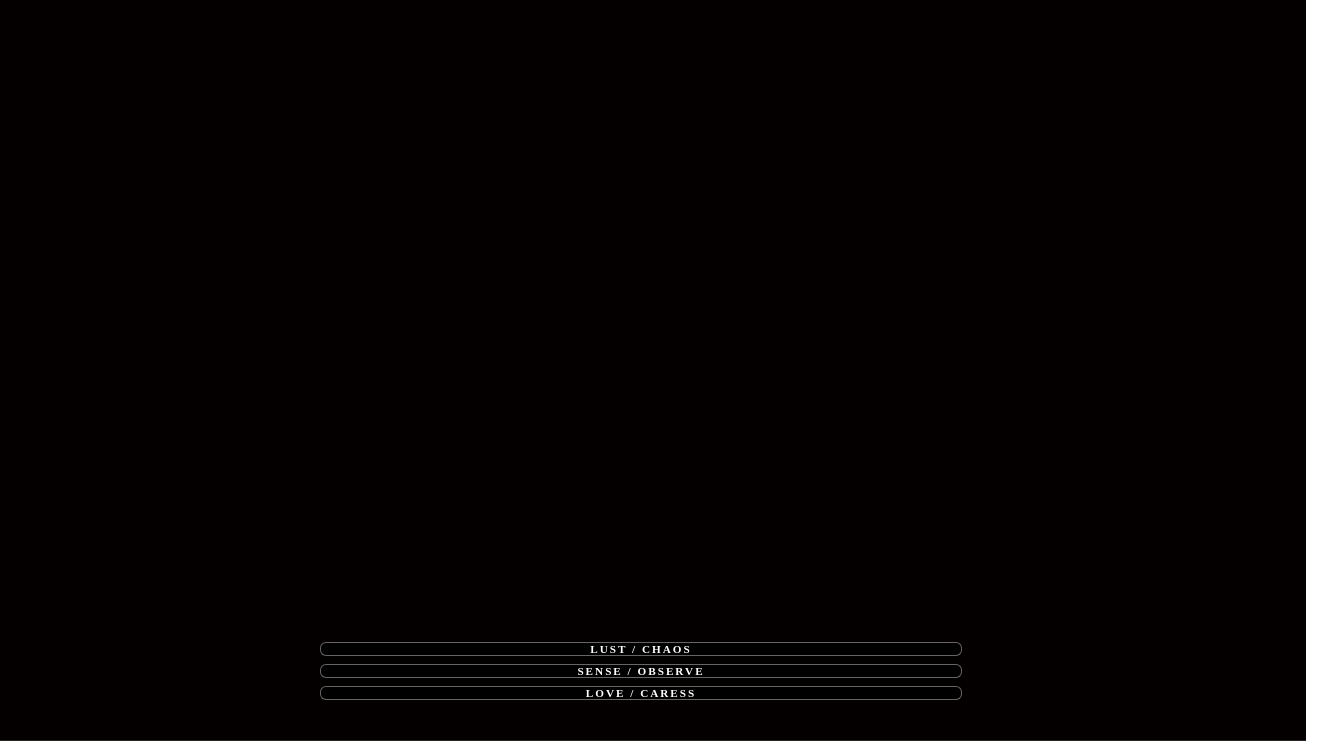
Repository: chatgdpkuesuto-sys/quest-rpg
Page: 00_Dashboard/index.html
An editor plug-in stored every save of this project. The page is shown before and after the next save, followed by the edit.
The browser window is 1280 px wide. The page is 1306 px wide, then 1338 px, so the pictures cover 1338 px, including what lies to the right of the window. The pictures show the whole page.

Above is the page before, as saved 2026-02-20 08:30:56.

### 00_Dashboard/index.html
<!DOCTYPE html>
<html lang="ja">

<head>
    <meta charset="UTF-8">
    <meta name="viewport" content="width=device-width, initial-scale=1.0">
    <title>Machadun Dashboard (OBS Overlay)</title>
    <link rel="stylesheet" href="style.css">
</head>

<body>
    <!-- 🌟 NEW: 魚眼レンズ（球面）フィルター定義 🌟 -->
    <svg style="position: fixed; width: 0; height: 0;">
        <filter id="fisheye-filter">
            <feTurbulence type="fractalNoise" baseFrequency="0.01" numOctaves="1" result="noise" />
            <feDisplacementMap in="SourceGraphic" in2="noise" scale="0" xChannelSelector="R" yChannelSelector="G"
                id="fisheye-map" />
            <!-- 球面歪みをシンプルに再現するために matrix と scale を組み合わせる（後ほどJSで制御） -->
        </filter>
    </svg>

    <!-- 背景CG用コンテナ (engine.js で background-image を動的に制御) -->
    <div id="bg-container"></div>

    <!-- 狂気・発情エフェクト用オーバーレイ -->
    <div id="blood-overlay"></div>
    <div id="glitch-overlay"></div>

    <!-- Zundamon Voice Player -->
    <audio id="voice-player" src="outputs/voice.wav" preload="none"></audio>
    <!-- Sound Effects Player -->
    <audio id="se-player" preload="none"></audio>

    <!-- 🌟 NEW: 三連・蓄積ゲージ（三つの発展） 🌟 -->
    <div id="buildup-container">
        <!-- 嗜虐：右クリック -->
        <div class="buildup-bar">
            <div id="fill-lust" class="buildup-fill lust"></div><span class="gauge-label">LUST / CHAOS</span>
        </div>
        <!-- 管理：中クリック -->
        <div class="buildup-bar">
            <div id="fill-special" class="buildup-fill special"></div><span class="gauge-label">SENSE / OBSERVE</span>
        </div>
        <!-- 慈愛：左クリック -->
        <div class="buildup-bar">
            <div id="fill-love" class="buildup-fill love"></div><span class="gauge-label">LOVE / CARESS</span>
        </div>
    </div>

    <!-- 🌟 NEW: クライマックス発動ボタン（手動） 🌟 -->
    <button id="climax-trigger" onclick="triggerClimax()">CLIMAX!!</button>

    <!-- 🌟 NEW: マンガ風 吹き出しコンテナ 🌟 -->
    <div id="bubble-container"></div>

    <script>
        async function sendAction(actionName, x = 0, y = 0) {
            console.log(`Action Sent: ${actionName} at (${x}%, ${y}%)`);

            // 視覚的フィードバック（クリック時）
            document.body.style.animation = "shake 0.1s";
            setTimeout(() => document.body.style.animation = "none", 100);

            try {
                // URLパラメータにタイムスタンプをつけてキャッシュを完全に無効化する
                await fetch(`http://localhost:5000/action?t=${Date.now()}`, {
                    method: 'POST',
                    headers: {
                        'Content-Type': 'application/json',
                        'Cache-Control': 'no-cache'
                    },
                    body: JSON.stringify({
                        action: actionName,
                        x: x,
                        y: y,
                        time: Date.now()
                    })
                });
            } catch (e) {
                console.error("Failed to send action:", e);
            }
        }

        // 🌟 NEW: クリックエフェクト（視覚的ギミック）
        function createClickEffect(x, y, type = 'heart') {
            const effect = document.createElement('div');
            effect.className = 'click-effect';
            effect.style.left = x + '%';
            effect.style.top = y + '%';

            // タイプによってアイコンを変える
            if (type === 'heart') effect.innerHTML = '❤️';
            else if (type === 'blue-sparkle') effect.innerHTML = '✨';
            else effect.innerHTML = '🔥';

            document.body.appendChild(effect);

            // 効果音の再生（ある場合）
            const se = document.getElementById('se-player');
            se.src = 'sounds/hit.mp3';
            se.play().catch(e => console.log("SE Play blocked"));

            setTimeout(() => effect.remove(), 800);
        }

        // 🌟 NEW: フルスクリーン・マウスクリック制御 (座標取得版) 🌟
        document.addEventListener('contextmenu', event => event.preventDefault());

        // 🌟 NEW: 三連・蓄積ゲージの状態管理
        let gauges = {
            love: 0,
            lust: 0,
            special: 0
        };

        // 🌟 NEW: 円運動・魚眼の状態管理
        let time = 0;
        let mirrorScale = 1; // 1 or -1 for instant flip
        let pendingClimax = null; // 蓄積されたコマンドを一時保持

        function triggerClimax() {
            if (!pendingClimax) return;

            console.log("🚀 TRIGGERING MANUAL CLIMAX!");

            // 🌟 イラスト切り替え時にランダムで左右反転 (50% chance)
            mirrorScale = Math.random() > 0.5 ? 1 : -1;

            // 1. AIへ送信
            sendAction(pendingClimax.action, pendingClimax.x, pendingClimax.y);

            // 2. 立ち絵切り替え
            if (typeof cycleVariant === "function") cycleVariant();

            // 3. UIリセット
            const btn = document.getElementById('climax-trigger');
            btn.style.display = 'none';
            for (let k in gauges) gauges[k] = 0;
            document.querySelectorAll('.buildup-fill').forEach(el => el.style.width = '0%');

            pendingClimax = null;
        }

        function updateVisuals() {
            // ゲージの平均値を計算（0.0 ~ 1.0）
            const avgGauge = (gauges.love + gauges.lust + gauges.special) / 300;

            // 速度アップ（蓄積量に応じて呼吸が激しくなるイメージ）
            const speed = 0.02 + (avgGauge * 0.1);
            time += speed;

            const bg = document.getElementById('bg-container');

            // 1. 自然な浮遊・呼吸運動 (Physical sway)
            const radius = 5 + (avgGauge * 40); // 最大45px
            const x = Math.sin(time * 0.8) * (radius / 2);
            const y = Math.cos(time * 1.1) * radius;

            // 2. 呼吸によるスケール変化 (Breathing)
            const scale = 1.05 + (avgGauge * 0.1) + (Math.sin(time) * 0.02);

            // 全てを統合して適用（歪みなしのクリアな動き）
            bg.style.transform = `
                scaleX(${mirrorScale})
                translate(${x}px, ${y}px)
                scale(${scale})
            `;

            requestAnimationFrame(updateVisuals);
        }
        updateVisuals();

        // 🌟 ゲージの自動減少（Decay）ロジック
        setInterval(() => {
            for (let key in gauges) {
                if (gauges[key] > 0) {
                    gauges[key] -= 0.3; // ゆっくり戻る（秒間約3%減少）
                    if (gauges[key] < 0) gauges[key] = 0;
                    const fill = document.getElementById(`fill-${key}`);
                    if (fill) fill.style.width = gauges[key] + '%';
                }
            }
        }, 100);

        document.addEventListener('mousedown', (event) => {
            if (event.target.id === 'init-audio') return;

            const xPercent = Math.round((event.clientX / window.innerWidth) * 100);
            const yPercent = Math.round((event.clientY / window.innerHeight) * 100);

            let clickType = 'heart';
            let gaugeKey = 'love';
            let actionIntent = "左クリック（肯定／愛撫）";

            if (event.button === 2) {
                clickType = 'fire';
                gaugeKey = 'lust';
                actionIntent = "右クリック（嗜虐／ハプニング）";
            } else if (event.button === 1) {
                clickType = 'blue-sparkle';
                gaugeKey = 'special';
                actionIntent = "ホイールクリック（特殊行動／観察）";
            }

            // 1. ゲージの蓄積 (+15% per click, 減少があるため少し多めに設定)
            gauges[gaugeKey] += 15;
            if (gauges[gaugeKey] > 100) gauges[gaugeKey] = 100;

            // 2. ゲージの視覚的更新
            document.getElementById(`fill-${gaugeKey}`).style.width = gauges[gaugeKey] + '%';

            // 3. エフェクトの表示のみ（反転はここでは行わない）
            createClickEffect(xPercent, yPercent, clickType);

            // 4. ゲージが100%になったら「発展ボタン」を表示！
            if (gauges[gaugeKey] >= 100) {
                console.log(`🔥 ${gaugeKey.toUpperCase()} GAUGE PENDING CLIMAX! 🔥`);

                // ルートに応じたド派手な演出名
                const pathNames = { love: "慈愛・調教ルート", lust: "淫靡・嗜虐ルート", special: "特殊・覚醒ルート" };
                const finalAction = `${pathNames[gaugeKey]} [深淵への発展]`;

                // ボタンの表示と設定
                const btn = document.getElementById('climax-trigger');
                btn.className = gaugeKey; // 色替え用
                btn.innerText = "DEVOUR " + gaugeKey.toUpperCase();
                btn.style.display = 'block';

                // 実行待ちとして保存
                pendingClimax = {
                    action: finalAction,
                    x: xPercent,
                    y: yPercent
                };

                // ド派手なエフェクト
                for (let i = 0; i < 15; i++) {
                    setTimeout(() => createClickEffect(50 + (Math.random() - 0.5) * 40, 50 + (Math.random() - 0.5) * 40, clickType), i * 40);
                }
            }
        });
    </script>

    <!-- 設定ファイル読込 -->
    <script src="status.js"></script>
    <!-- エンジンロジック読込 -->
    <script src="engine.js"></script>
</body>

</html>

### 00_Dashboard/style.css
/* ==============================================
   00_Dashboard: OBS Overlay CSS
============================================== */

/* ========================================================== */
/* Manga Speech Bubbles (NEW Gimmick) */
/* ========================================================== */

#bubble-container {
    position: absolute;
    top: 0;
    left: 0;
    width: 100%;
    height: 100%;
    pointer-events: none;
    z-index: 50;
}

.manga-bubble {
    position: absolute;
    background: #fff0f5;
    /* パステルピンク */
    border: 3px solid #ff33aa;
    border-radius: 40px 40px 40px 5px;
    padding: 15px 25px;
    font-family: 'Shippori Mincho', "Noto Serif JP", serif;
    font-weight: 900;
    color: #440022;
    font-size: 1.6rem;
    max-width: 300px;
    box-shadow: 5px 5px 15px rgba(255, 51, 170, 0.3);
    animation: bubble-pop 0.3s cubic-bezier(0.175, 0.885, 0.32, 1.275) forwards,
        bubble-wiggle 3s ease-in-out infinite alternate;
    display: flex;
    align-items: center;
    justify-content: center;
    text-align: center;
    z-index: 60;
}

@keyframes bubble-wiggle {
    0% {
        transform: translate(-50%, -50%) rotate(-2deg);
    }

    100% {
        transform: translate(-50%, -50%) rotate(2deg);
    }
}

/* 吹き出しのしっぽ（丸みを帯びたキュートな形へ） */
.manga-bubble::after {
    content: '';
    position: absolute;
    bottom: -15px;
    left: 20px;
    width: 20px;
    height: 20px;
    background: #fff0f5;
    border-right: 3px solid #ff33aa;
    border-bottom: 3px solid #ff33aa;
    border-radius: 0 0 100% 0;
    transform: rotate(45deg);
}

@keyframes bubble-pop {
    0% {
        transform: scale(0) rotate(-5deg);
        opacity: 0;
    }

    100% {
        transform: scale(1) rotate(0deg);
        opacity: 1;
    }
}

.manga-bubble.fade-out {
    animation: bubble-fade 0.8s ease-in forwards;
}

@keyframes bubble-fade {
    0% {
        opacity: 1;
        transform: scale(1);
    }

    100% {
        opacity: 0;
        transform: scale(0.8);
    }
}


/* ========================================================== */
/* Action Panel (Neural Bridge UI) */
/* ========================================================== */

:root {
    --neon-pink: #ff33aa;
    --deep-red: #cc0000;
    --bar-bg: rgba(20, 0, 5, 0.7);
}

body,
html {
    margin: 0;
    padding: 0;
    width: 100%;
    height: 100%;
    overflow: hidden;
    background-color: transparent;
    /* OBSで透過させるため */
    font-family: 'Shippori Mincho', "Noto Serif JP", serif;
}

/* --- BACKGROUND CG --- */
#bg-container {
    position: absolute;
    top: 0;
    left: 0;
    width: 100%;
    height: 100%;
    z-index: 1;
    overflow: hidden;
    display: flex;
    justify-content: center;
    align-items: center;
    /* 🌟 cover から contain に変更：イラストを一切削らず全て表示する 🌟 */
    background-size: contain;
    background-position: center;
    background-repeat: no-repeat;
    background-color: #050000;
    /* 背景色を落ち着いた漆黒に */
}





/* --- OVERLAYS --- */
#blood-overlay {
    position: absolute;
    top: 0;
    left: 0;
    width: 100%;
    height: 100%;
    pointer-events: none;
    box-shadow: inset 0 0 0px rgba(255, 0, 128, 0);
    z-index: 5;
    transition: box-shadow 0.5s ease;
}

#glitch-overlay {
    position: absolute;
    top: 0;
    left: 0;
    width: 100%;
    height: 100%;
    pointer-events: none;
    background: repeating-linear-gradient(0deg,
            rgba(0, 0, 0, 0.1),
            rgba(0, 0, 0, 0.1) 1px,
            transparent 1px,
            transparent 2px);
    z-index: 6;
    opacity: 0.5;
}

/* 常に発動する心音パルス（発情度MAX用） */
.pulse-extreme {
    animation: extremePulse 0.8s infinite alternate !important;
}

@keyframes extremePulse {
    0% {
        transform: scale(1);
        box-shadow: inset 0 0 50px rgba(255, 0, 128, 0.4);
        filter: brightness(1);
    }

    100% {
        transform: scale(1.03);
        box-shadow: inset 0 0 150px rgba(255, 0, 50, 0.8);
        filter: brightness(1.3) contrast(1.5);
    }
}

/* --- STATUS BARS --- */
#status-container {
    position: absolute;
    bottom: 30px;
    right: 30px;
    width: 350px;
    z-index: 10;
    display: flex;
    flex-direction: column;
    gap: 15px;
}

/* 🌟 NEW: 三連・蓄積ゲージ（三つの発展） 🌟 */
#buildup-container {
    position: absolute;
    bottom: 20px;
    left: 50%;
    transform: translateX(-50%);
    width: 50%;
    display: flex;
    flex-direction: column;
    gap: 8px;
    z-index: 100;
}

.buildup-bar {
    width: 100%;
    height: 12px;
    /* 少し太く */
    background: rgba(0, 0, 0, 0.7);
    border: 1px solid rgba(255, 255, 255, 0.4);
    border-radius: 6px;
    overflow: hidden;
    box-shadow: 0 0 10px rgba(0, 0, 0, 0.5);
    position: relative;
    display: flex;
    align-items: center;
}

.buildup-fill {
    position: absolute;
    top: 0;
    left: 0;
    height: 100%;
    width: 0%;
    transition: width 0.15s ease-out;
    /* 少し遊びを持たせる */
}

.gauge-label {
    position: relative;
    width: 100%;
    text-align: center;
    font-size: 0.7rem;
    font-weight: 900;
    color: white;
    text-shadow: 0 0 3px black;
    z-index: 2;
    pointer-events: none;
    letter-spacing: 2px;
}

.buildup-fill.love {
    background: linear-gradient(90deg, #ff33aa, #ff80cc);
    box-shadow: inset 0 0 10px #ff33aa;
}

.buildup-fill.lust {
    background: linear-gradient(90deg, #ff0000, #ff5555);
    box-shadow: inset 0 0 10px #ff0000;
}

.buildup-fill.special {
    background: linear-gradient(90deg, #0080ff, #80ccff);
    box-shadow: inset 0 0 10px #0080ff;
}


.status-box {
    background: var(--bar-bg);
    border: 1px solid rgba(255, 255, 255, 0.2);
    border-radius: 4px;
    padding: 10px;
    box-shadow: 0 0 10px rgba(0, 0, 0, 0.8);
    position: relative;
}

.status-label {
    color: white;
    font-size: 1.1rem;
    font-weight: bold;
    margin-bottom: 5px;
    text-shadow: 0 0 5px black;
}

.progress-bar {
    width: 100%;
    height: 15px;
    background: #1a1a1a;
    border-radius: 2px;
    overflow: hidden;
    position: relative;
}

.progress-fill {
    height: 100%;
    width: 0%;
    transition: width 1s cubic-bezier(0.4, 0, 0.2, 1);
}

.progress-fill.arousal {
    background: linear-gradient(90deg, #aa0055, var(--neon-pink));
    box-shadow: 0 0 10px var(--neon-pink);
}

.progress-fill.despair {
    background: linear-gradient(90deg, #550000, var(--deep-red));
    box-shadow: 0 0 10px var(--deep-red);
}

.status-value {
    position: absolute;
    top: 5px;
    right: 15px;
    color: white;
    font-weight: bold;
    font-family: monospace;
    font-size: 1.2rem;
    text-shadow: 0 0 5px black;
}

/* アラートアニメーション */
.alert-glow {
    animation: alertGlow 0.5s infinite alternate;
}

@keyframes alertGlow {
    0% {
        border-color: rgba(255, 51, 170, 0.5);
        box-shadow: 0 0 10px rgba(255, 51, 170, 0.5);
    }

    100% {
        border-color: rgba(255, 51, 170, 1);
        box-shadow: 0 0 30px rgba(255, 51, 170, 1);
    }
}

/* --- INIT BUTTON --- */
#init-audio {
    position: absolute;
    top: 50%;
    left: 50%;
    transform: translate(-50%, -50%);
    z-index: 100;
    color: var(--neon-pink);
    font-size: 2rem;
    font-weight: bold;
    cursor: pointer;
    background: rgba(0, 0, 0, 0.8);
    padding: 20px 40px;
    border: 2px solid var(--neon-pink);
    border-radius: 10px;
    animation: neon-btn 1.5s infinite alternate;
}

@keyframes neon-btn {
    0% {
        box-shadow: 0 0 10px var(--neon-pink);
        text-shadow: 0 0 5px #fff, 0 0 10px var(--neon-pink);
    }

    100% {
        box-shadow: 0 0 30px var(--neon-pink);
        text-shadow: 0 0 10px #fff, 0 0 30px var(--neon-pink);
    }
}

/* ========================================================== */
/* クリックエフェクト（ギミック） */
/* ========================================================== */

.click-effect {
    position: absolute;
    pointer-events: none;
    font-size: 4rem;
    z-index: 1000;
    animation: click-rise 0.8s ease-out forwards;
    transform: translate(-50%, -50%);
    transform: translate(-50%, -50%);
    filter: drop-shadow(0 0 15px rgba(255, 100, 200, 1));
    text-shadow: 0 0 10px white, 0 0 20px #ff33aa;
}


/* 🌟 NEW: クライマックス確認ボタン 🌟 */
#climax-trigger {
    position: absolute;
    top: 50%;
    left: 50%;
    transform: translate(-50%, -50%) scale(0.8);
    padding: 2.5rem 5rem;
    font-size: 3rem;
    font-weight: 900;
    color: #fff;
    background: rgba(0, 0, 0, 0.8);
    border: 5px solid var(--neon-pink);
    border-radius: 100px;
    cursor: pointer;
    z-index: 2000;
    display: none;
    /* 初期は非表示 */
    backdrop-filter: blur(10px);
    box-shadow: 0 0 50px rgba(255, 51, 170, 0.5);
    text-shadow: 0 0 20px #fff;
    letter-spacing: 10px;
    animation: pulse-climax 1.5s infinite;
    transition: all 0.3s cubic-bezier(0.175, 0.885, 0.32, 1.275);
}

#climax-trigger:hover {
    transform: translate(-50%, -50%) scale(1.1);
    box-shadow: 0 0 80px var(--neon-pink);
    filter: brightness(1.2);
}

#climax-trigger.lust {
    border-color: #ff0000;
    box-shadow: 0 0 50px rgba(255, 0, 0, 0.5);
}

#climax-trigger.special {
    border-color: #0080ff;
    box-shadow: 0 0 50px rgba(0, 128, 255, 0.5);
}

#climax-trigger.love {
    border-color: #ff33aa;
    box-shadow: 0 0 50px rgba(255, 51, 170, 0.5);
}

@keyframes pulse-climax {
    0% {
        transform: translate(-50%, -50%) scale(1);
        opacity: 0.9;
    }

    50% {
        transform: translate(-50%, -50%) scale(1.05);
        opacity: 1;
        box-shadow: 0 0 100px var(--neon-pink);
    }

    100% {
        transform: translate(-50%, -50%) scale(1);
        opacity: 0.9;
    }
}


/* 画面揺れアニメーションの実装 */
@keyframes shake {
    0% {
        transform: translate(1px, 1px) rotate(0deg);
    }

    10% {
        transform: translate(-1px, -2px) rotate(-1deg);
    }

    20% {
        transform: translate(-3px, 0px) rotate(1deg);
    }

    30% {
        transform: translate(3px, 2px) rotate(0deg);
    }

    40% {
        transform: translate(1px, -1px) rotate(1deg);
    }

    50% {
        transform: translate(-1px, 2px) rotate(-1deg);
    }

    60% {
        transform: translate(-3px, 1px) rotate(0deg);
    }

    70% {
        transform: translate(3px, 1px) rotate(-1deg);
    }

    80% {
        transform: translate(-1px, -1px) rotate(1deg);
    }

    90% {
        transform: translate(1px, 2px) rotate(0deg);
    }

    100% {
        transform: translate(1px, -2px) rotate(-1deg);
    }
}

### 00_Dashboard/status.js
// ==============================================
// 00_Dashboard: Game State Data
// AI（3.1 Pro）がゲーム進行に合わせてこのファイルを直接書き換えます。
// ライブサーバー環境では、このファイルが上書き保存されると自動的に
// ブラウザがリロードされ、新しい値が取得されます。
// ==============================================

const GAME_STATE = {
    // 0〜100% の数値
    arousal: 15,    // 発情度（高くなると心音が鳴る）
    despair: 5,     // 絶望度（高くなると画面がグリッチする）

    // 背景画像への相対パス
    current_bg: "../99_Ero_Library/Images/Placeholder_CG.jpg",

    // 画面に一時的に表示するシステムメッセージやフラグ
    latest_event: "「男性」の匂いを感じ取り、ヒロインたちが集まった。",
    is_climax: false // trueになると特殊演出（フラッシュバックや絶叫オーディオなど）が発動可能
};

Loaded but not shown: 00_Dashboard/engine.js (228 lines, source omitted)

After the next save:
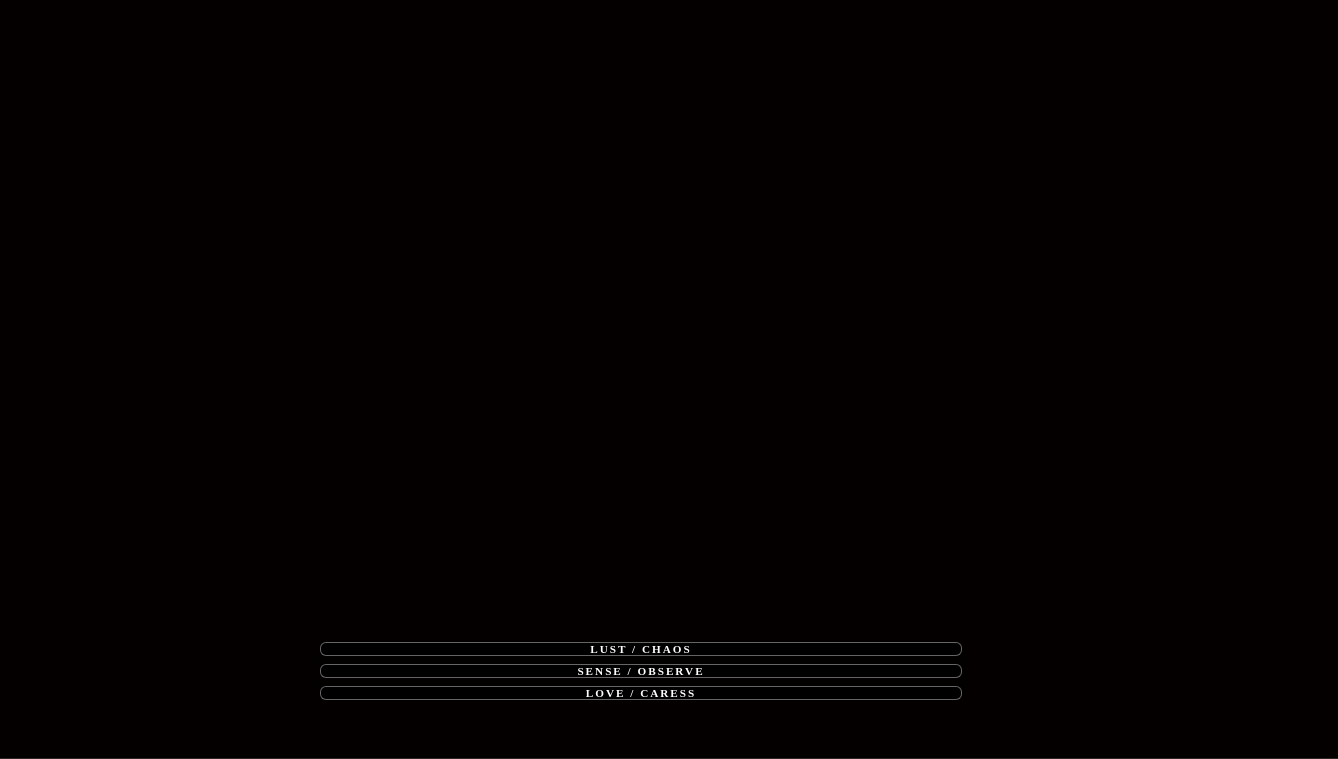
Saved 13 s later.
--- a/00_Dashboard/index.html
+++ b/00_Dashboard/index.html
@@ -152,12 +152,13 @@
             const bg = document.getElementById('bg-container');
 
             // 1. 自然な浮遊・呼吸運動 (Physical sway)
-            const radius = 5 + (avgGauge * 40); // 最大45px
+            const radius = 5 + (avgGauge * 30); // 動きが大きすぎると端が見えるので少し抑える
             const x = Math.sin(time * 0.8) * (radius / 2);
             const y = Math.cos(time * 1.1) * radius;
 
             // 2. 呼吸によるスケール変化 (Breathing)
-            const scale = 1.05 + (avgGauge * 0.1) + (Math.sin(time) * 0.02);
+            // contain の場合、端が切れないようにベーススケールを調整
+            const scale = 1.1 + (avgGauge * 0.1) + (Math.sin(time) * 0.02);
 
             // 全てを統合して適用（歪みなしのクリアな動き）
             bg.style.transform = `
